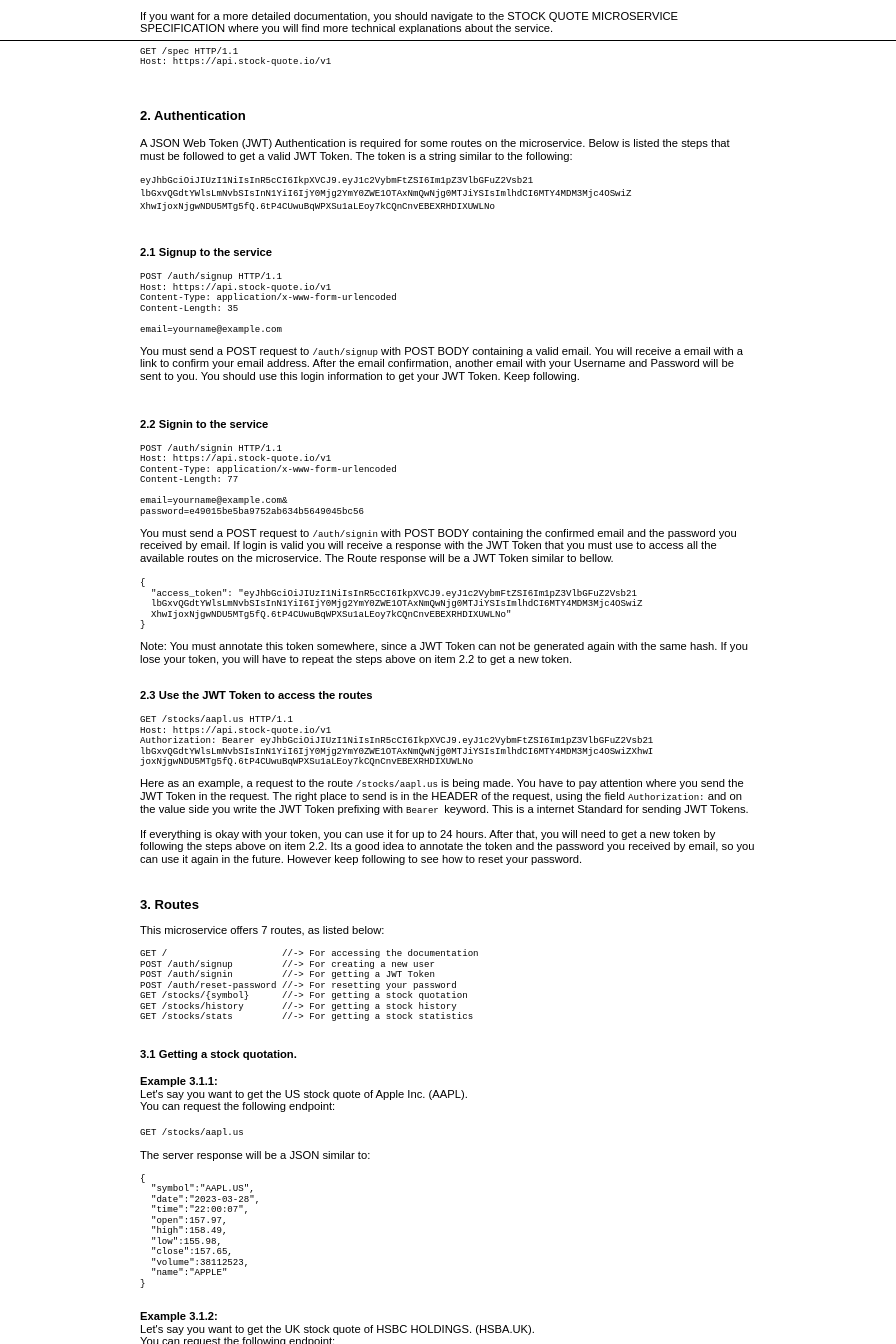
Repository: miguelamello/nest-js
Page: stock-service/documentation.html
An editor plug-in stored every save of this project. The page is shown before and after a run of saves, followed by the edit.
The browser window is 1280 px wide. The pictures show the part of the page from y = 307 to 2227 px (the page is 3590 px tall before and 3596 px after), at 70% of full size.

Above is the page before, as saved 2023-04-02 21:10:31.

After the next 5 saves:
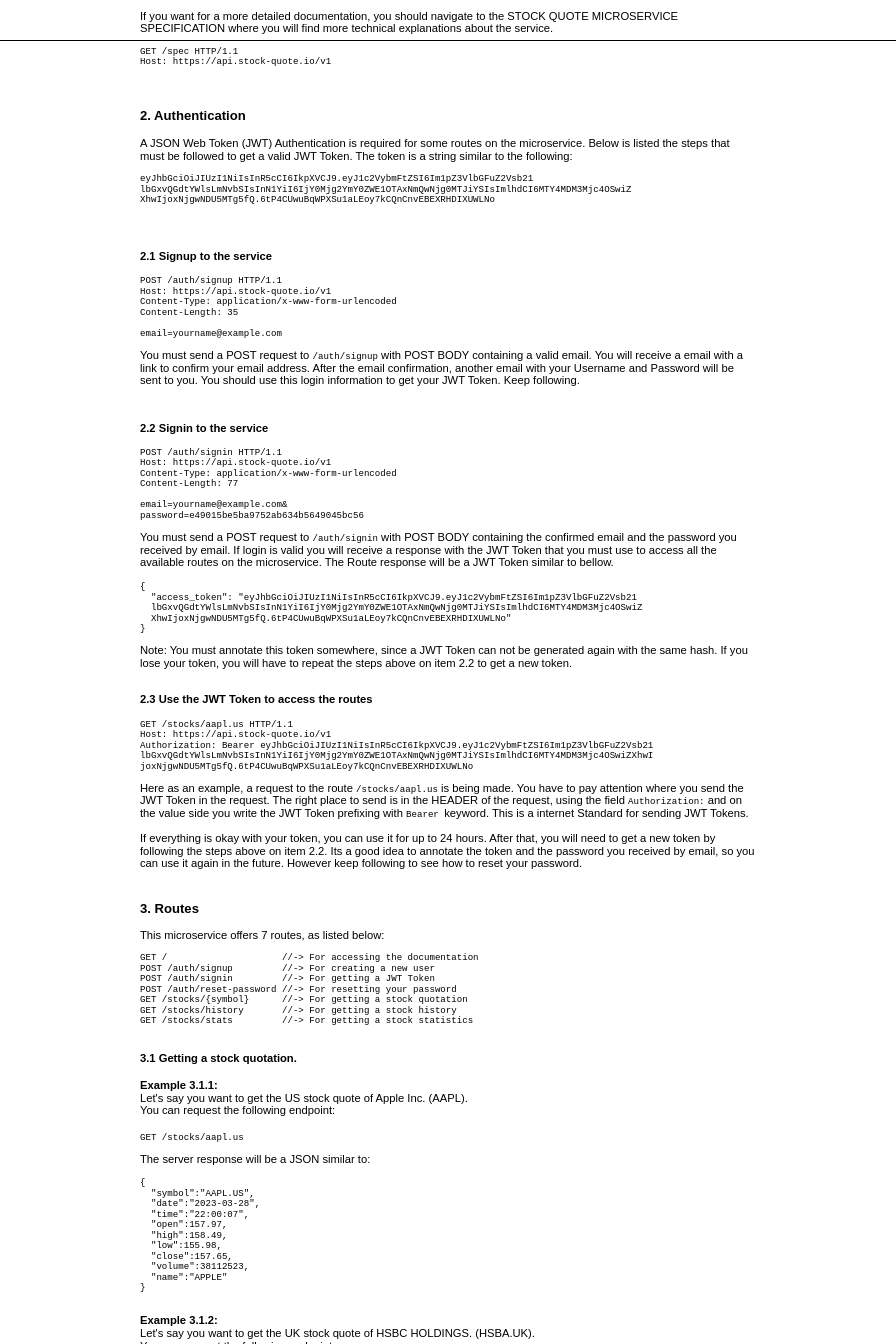
The 5 saves are shown as one change because they came seconds apart.
The last was saved 57 s later.
--- a/stock-service/documentation.html
+++ b/stock-service/documentation.html
@@ -51,9 +51,11 @@ Host: https://api.stock-quote.io/v1
     a string similar to the following:
   </p>
 
-  <code>eyJhbGciOiJIUzI1NiIsInR5cCI6IkpXVCJ9.eyJ1c2VybmFtZSI6Im1pZ3VlbGFuZ2Vsb21
-    lbGxvQGdtYWlsLmNvbSIsInN1YiI6IjY0Mjg2YmY0ZWE1OTAxNmQwNjg0MTJiYSIsImlhdCI6MTY4MDM3Mjc4OSwiZ
-    XhwIjoxNjgwNDU5MTg5fQ.6tP4CUwuBqWPXSu1aLEoy7kCQnCnvEBEXRHDIXUWLNo</code>
+  <pre>
+eyJhbGciOiJIUzI1NiIsInR5cCI6IkpXVCJ9.eyJ1c2VybmFtZSI6Im1pZ3VlbGFuZ2Vsb21
+lbGxvQGdtYWlsLmNvbSIsInN1YiI6IjY0Mjg2YmY0ZWE1OTAxNmQwNjg0MTJiYSIsImlhdCI6MTY4MDM3Mjc4OSwiZ
+XhwIjoxNjgwNDU5MTg5fQ.6tP4CUwuBqWPXSu1aLEoy7kCQnCnvEBEXRHDIXUWLNo
+  </pre>
   <p>
 
     <br><div><b>2.1 Signup to the service</b></div><br>
